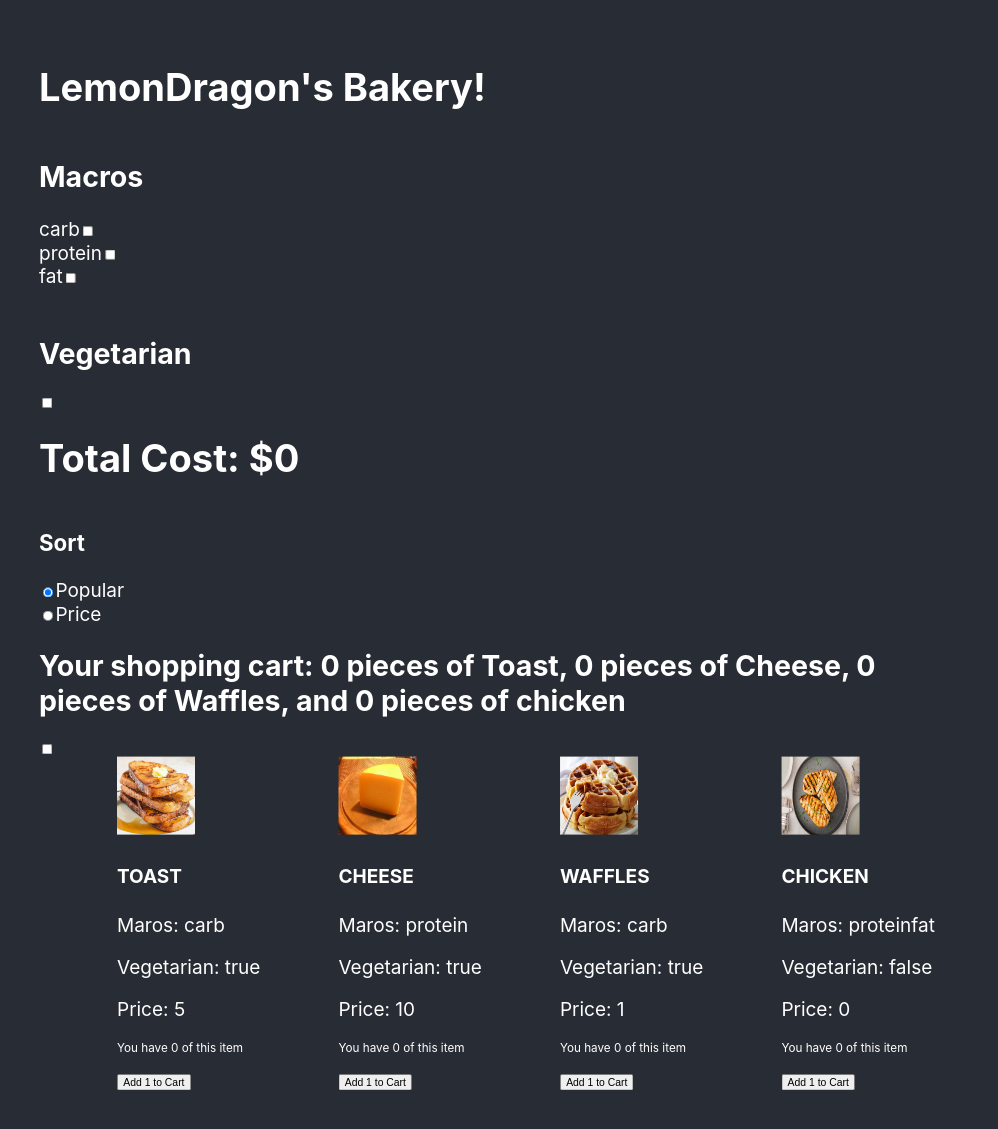
Repository: happydragon200/development
Page: /
The author's editor kept a copy of each file at every save. The page is drawn from the files as they stood at one save, then again after the next save.
The browser window is 1280 px wide. The pictures show the whole page, at 78% of full size.
The project was rebuilt for these pictures with package versions that can differ from the ones it lists, and the page was loaded fresh each time.

Above is the page before, as saved 2022-12-02 06:35:52.

After the next save:
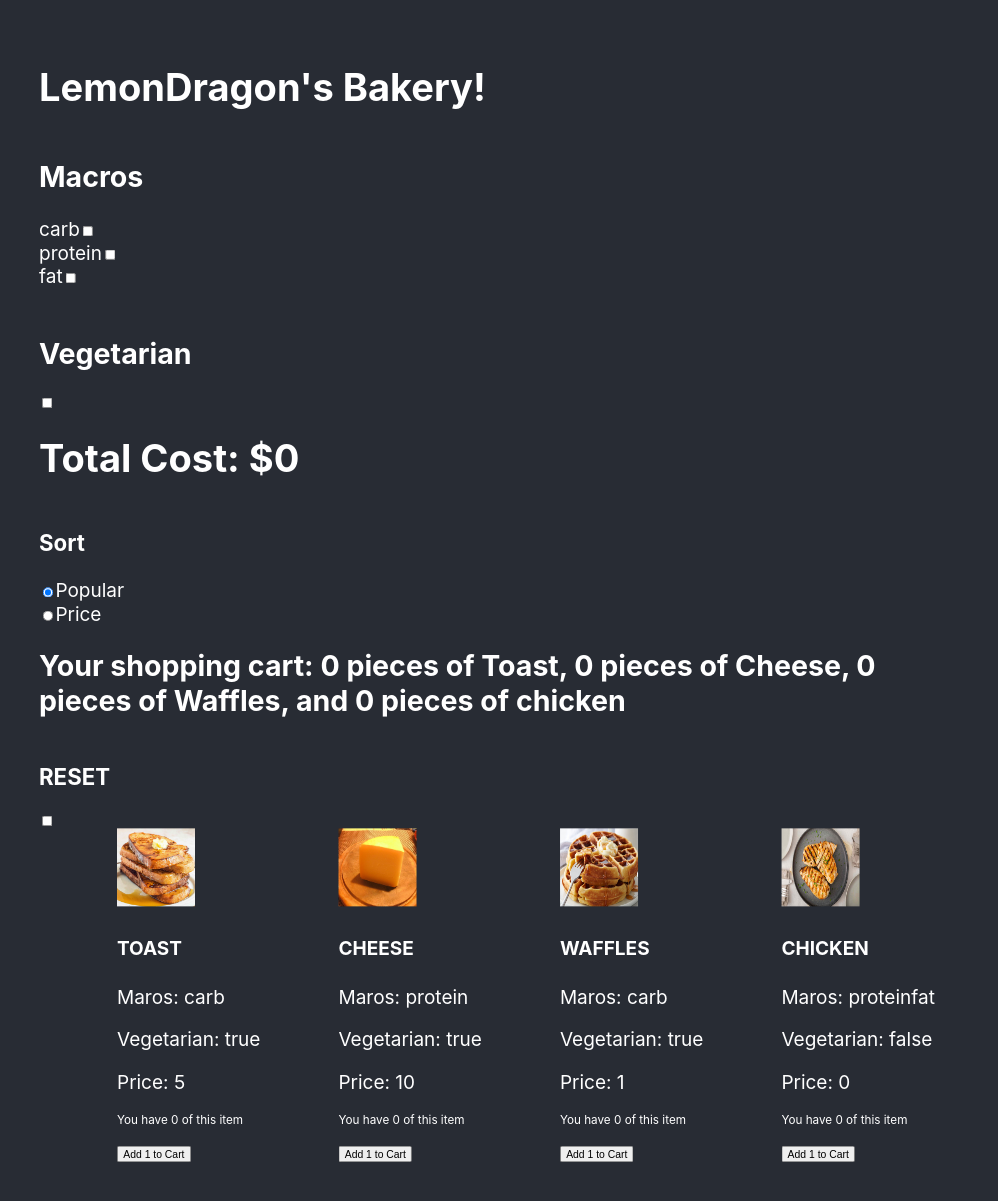
Saved 13 s later.
--- a/src/App.js
+++ b/src/App.js
@@ -252,6 +252,8 @@ function Menu() {
         of Cheese, {waffle_count} pieces of Waffles, and {chicken_count} pieces
         of chicken
       </h2>
+
+      <h3>RESET</h3>
       <ResetButton
         changeSelected={changeSelected}
         toast_setcount={toast_setcount}
